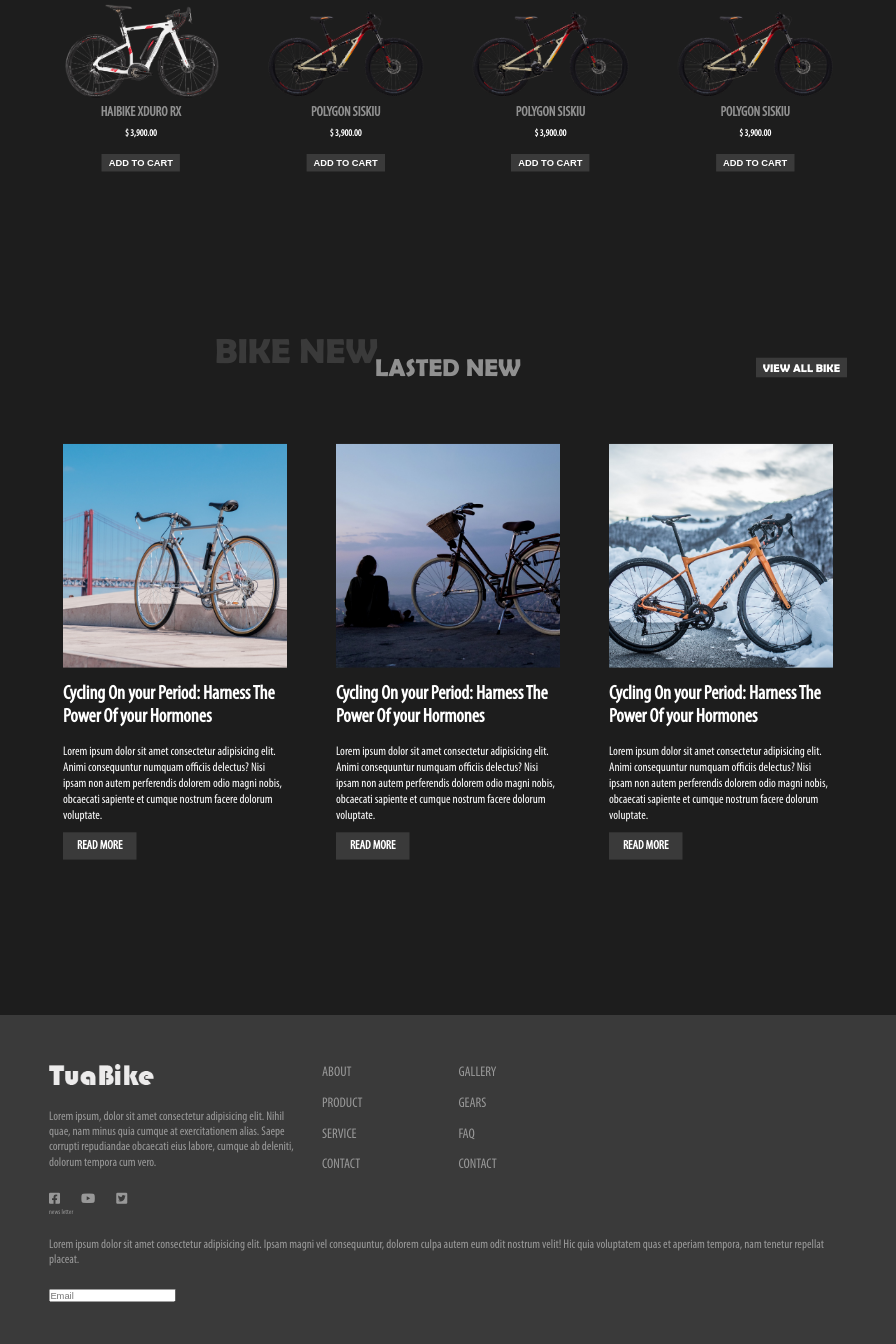
Repository: phamhuuloc/TourBike
Page: index.html
These files come from the project's save history. The page is drawn as it stood at one moment and after the next save; the edit follows.
The browser window is 1280 px wide. The pictures show the part of the page from y = 3900 to 5820 px (the page is 5820 px tall before and 5685 px after), at 70% of full size.

Above is the page before, as saved 2021-11-06 15:11:09.

After the next save:
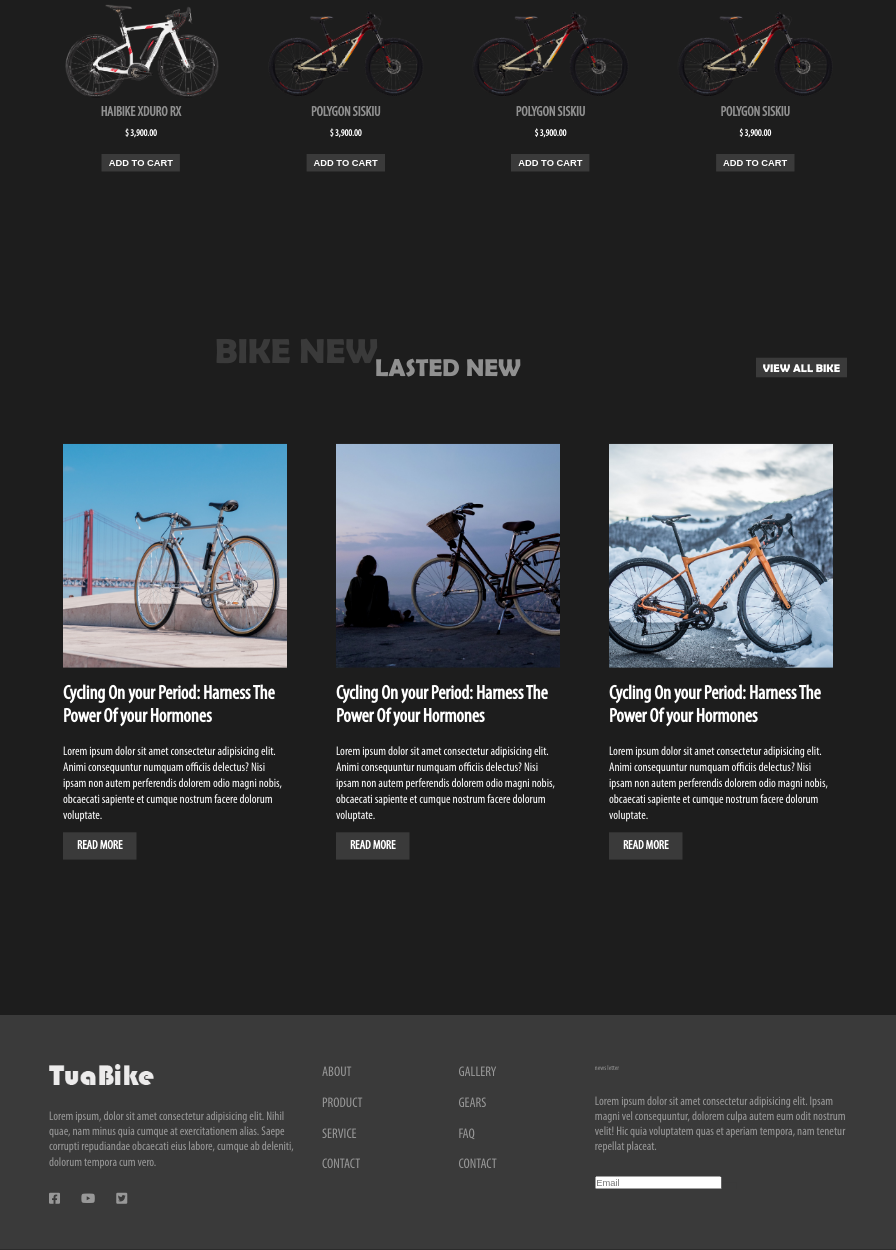
Saved 10 s later.
--- a/index.html
+++ b/index.html
@@ -516,7 +516,7 @@
               <li><a href="">contact</a></li>
             </ul>
           </div>
-          <div class="col-l4">
+          <div class="col-4">
             <div class="footer-heading">news letter</div>
             <div class="footer-desc">
               Lorem ipsum dolor sit amet consectetur adipisicing elit. Ipsam
